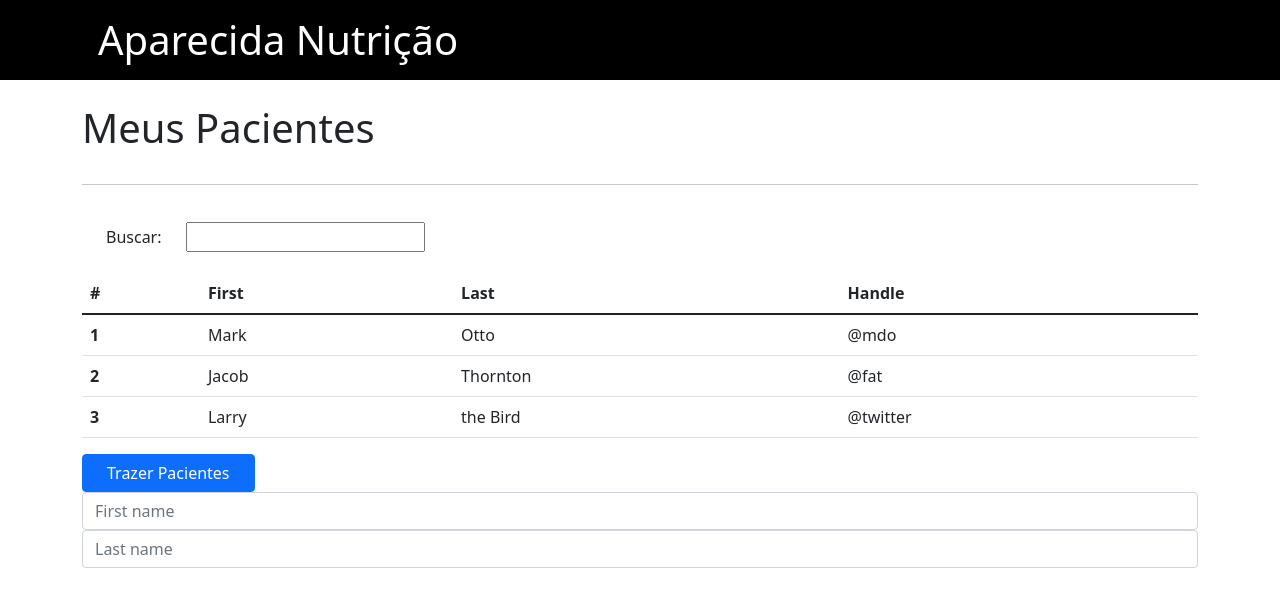
Repository: eversonps/app-paciente
Page: / (app in frontend/)
An editor plug-in stored every save of this project. The page is shown before and after the next save, followed by the edit.
The browser window is 1280 px wide. The pictures show the whole page.
The project was rebuilt for these pictures with package versions that can differ from the ones it lists, and the page was loaded fresh each time.

Above is the page before, as saved 2022-03-28 14:21:38.

After the next save:
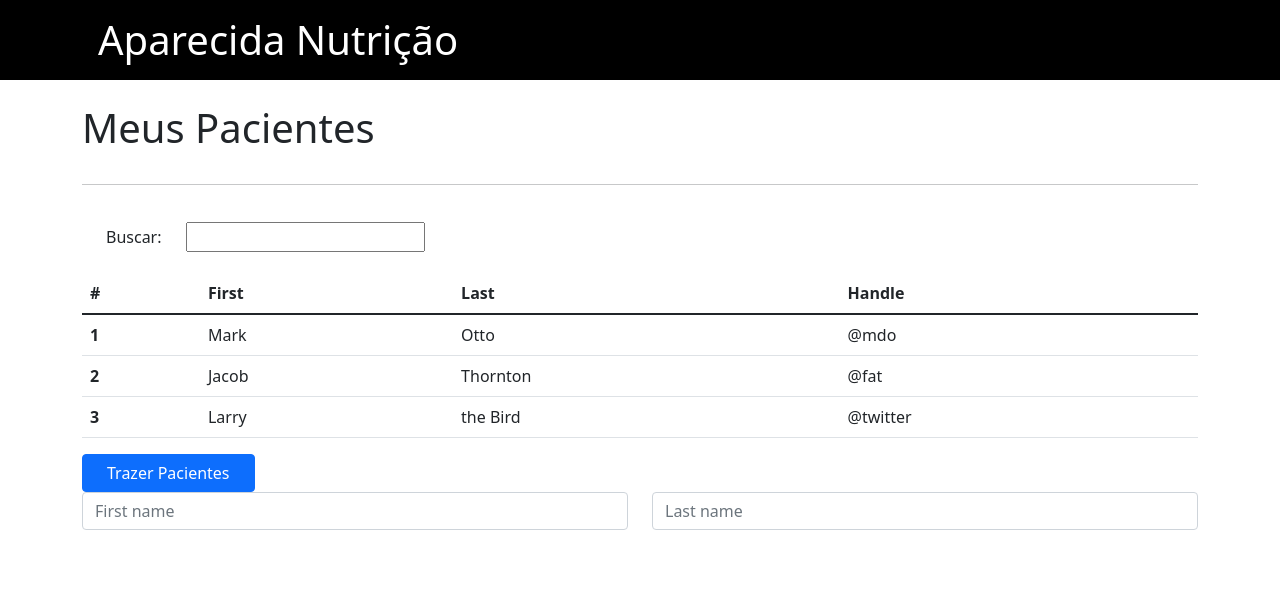
Saved 28 s later.
--- a/frontend/src/components/AddPacient.jsx
+++ b/frontend/src/components/AddPacient.jsx
@@ -2,7 +2,7 @@ import React from "react";
 
 export default props => (
     <form>
-        <div className="form-row">
+        <div className="row">
             <div className="col">
                 <input type="text" className="form-control" placeholder="First name" />
             </div>
